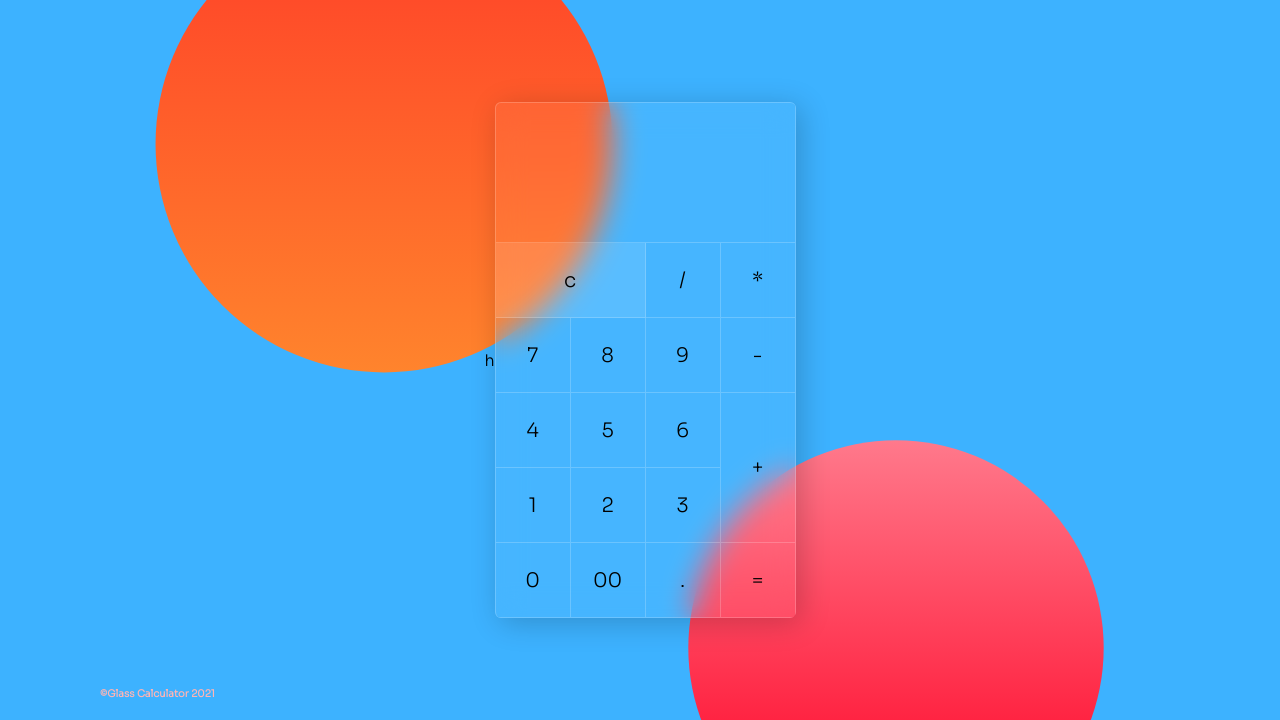
Repository: tharunkumaar404/Glass-Calci
Page: index.html
An editor plug-in stored every save of this project. The page is shown before and after the next save, followed by the edit.
The browser window is 1280 px wide. The pictures show the whole page.

Above is the page before, as saved 2021-08-26 15:28:08.

After the next save:
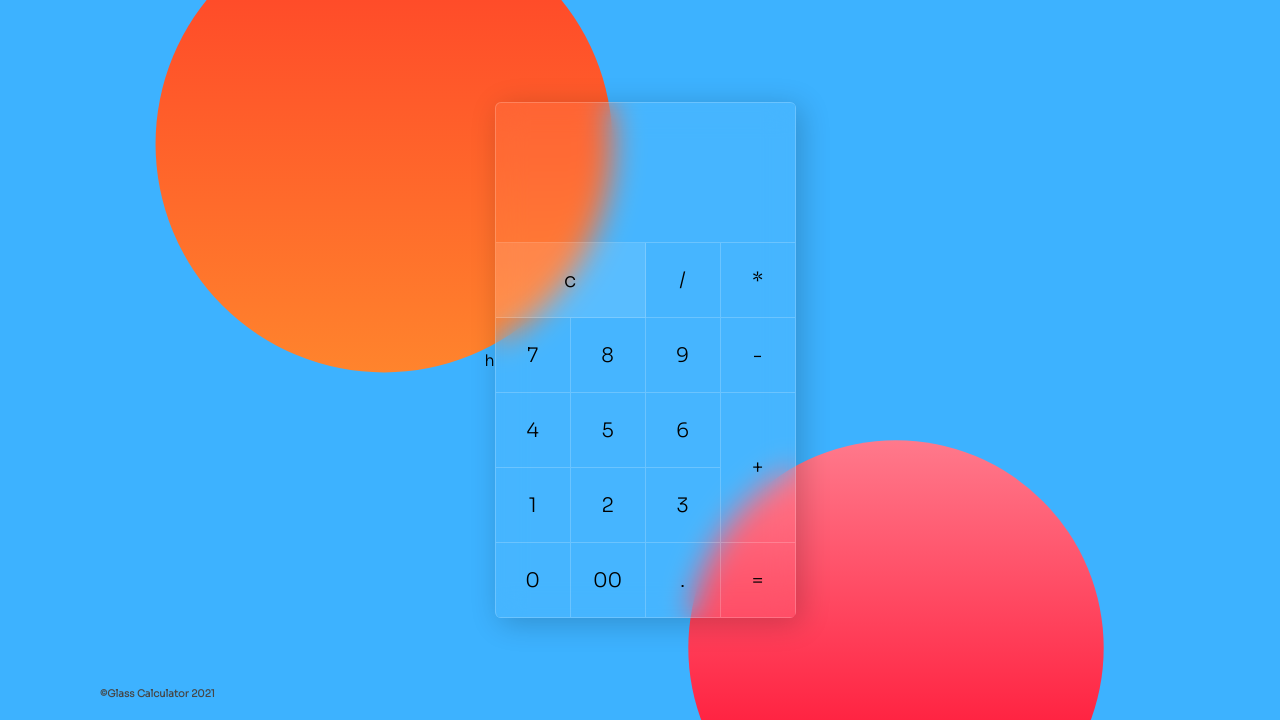
Saved 6 s later.
--- a/styles.css
+++ b/styles.css
@@ -115,5 +115,5 @@ h5{
     left:100px;
     bottom: 20px;
     font-size: 10px;
-    color:rgb(255, 180, 180);
+    color:rgb(70, 70, 70);
 }
